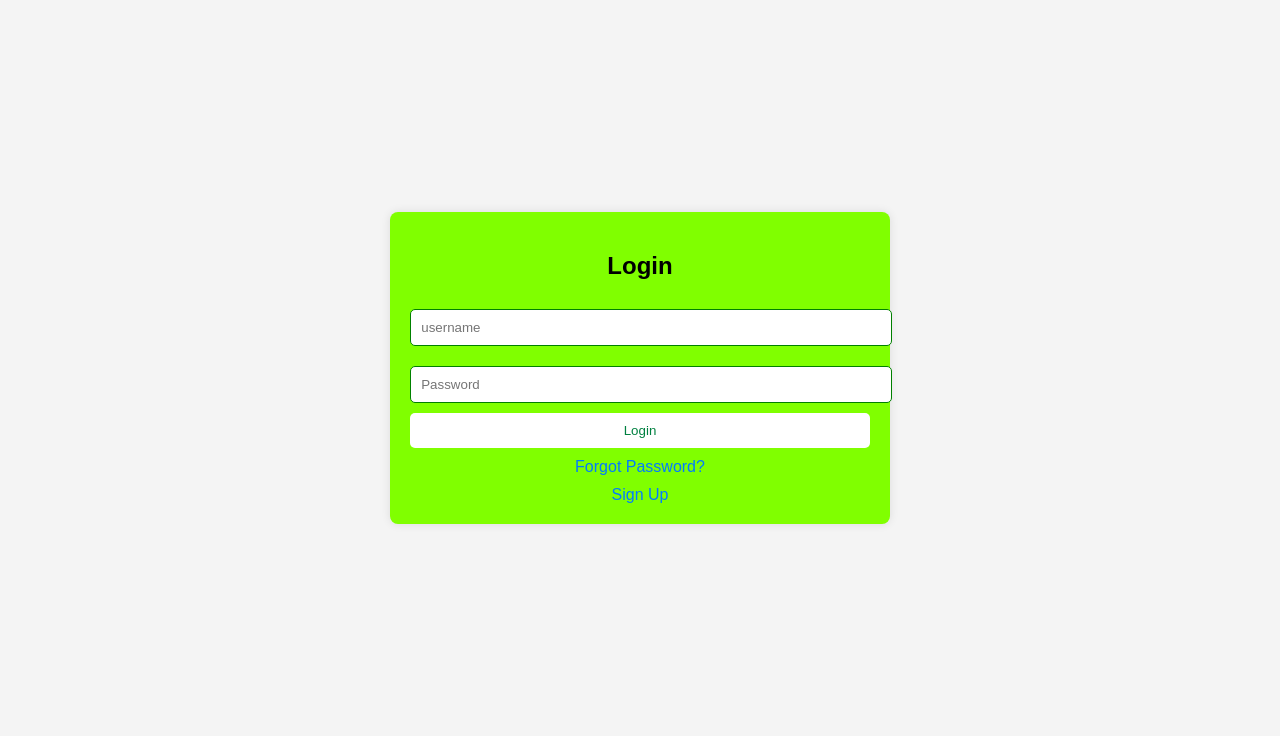
Repository: rahulmadasuongole/Demo
Page: firstwedapp/build/classes/webapp/loginfrom.html
These files come from the project's save history. The page is drawn as it stood at one moment and after the next save; the edit follows.
The browser window is 1280 px wide. The pictures show the whole page.

Above is the page before, as saved 2025-03-05 13:03:35.

### firstwedapp/build/classes/webapp/loginfrom.html
<!DOCTYPE html>
<html lang="en">
<head>
    <meta charset="UTF-8">
    <meta name="viewport" content="width=device-width, initial-scale=1.0">
    <title>Login Page</title>
    <style>
        body {
            font-family: Arial, sans-serif;
            display: flex;
            justify-content: center;
            align-items: center;
            height: 100vh;
            background-color: #f4f4f4;
        }
        .login-container {
            background: rgb(128, 255, 0);
            padding: 20px;
            border-radius: 8px;
            box-shadow: 0px 0px 10px 0px rgba(0, 0, 0, 0.1);
            text-align: center;
        }
        .login-container input {
            width: 100%;
            padding: 10px;
            margin: 10px 0;
            border: 1px solid rgb(0, 128, 0);
            border-radius: 5px;
        }
        .login-container button {
            width: 100%;
            padding: 10px;
            background: rgb(255, 255, 255);
            color: rgb(0, 128, 64);
            border: none;
            border-radius: 5px;
            cursor: pointer;
        }
        .login-container a {
            display: block;
            margin-top: 10px;
            color: #007bff;
            text-decoration: none;
        }
    </style>
</head>
<body>

    <div class="login-container">
        <h2>Login</h2>
        <form action="loginfrom" method="get">
               <input type="text" placeholder="username" required>
            <input type="password" placeholder="Password" required>
            <button type="submit">Login</button>
        </form>
        <a href="#">Forgot Password?</a>
        <a href="#">Sign Up</a>
    </div>

</body>
</html>

After the next save:
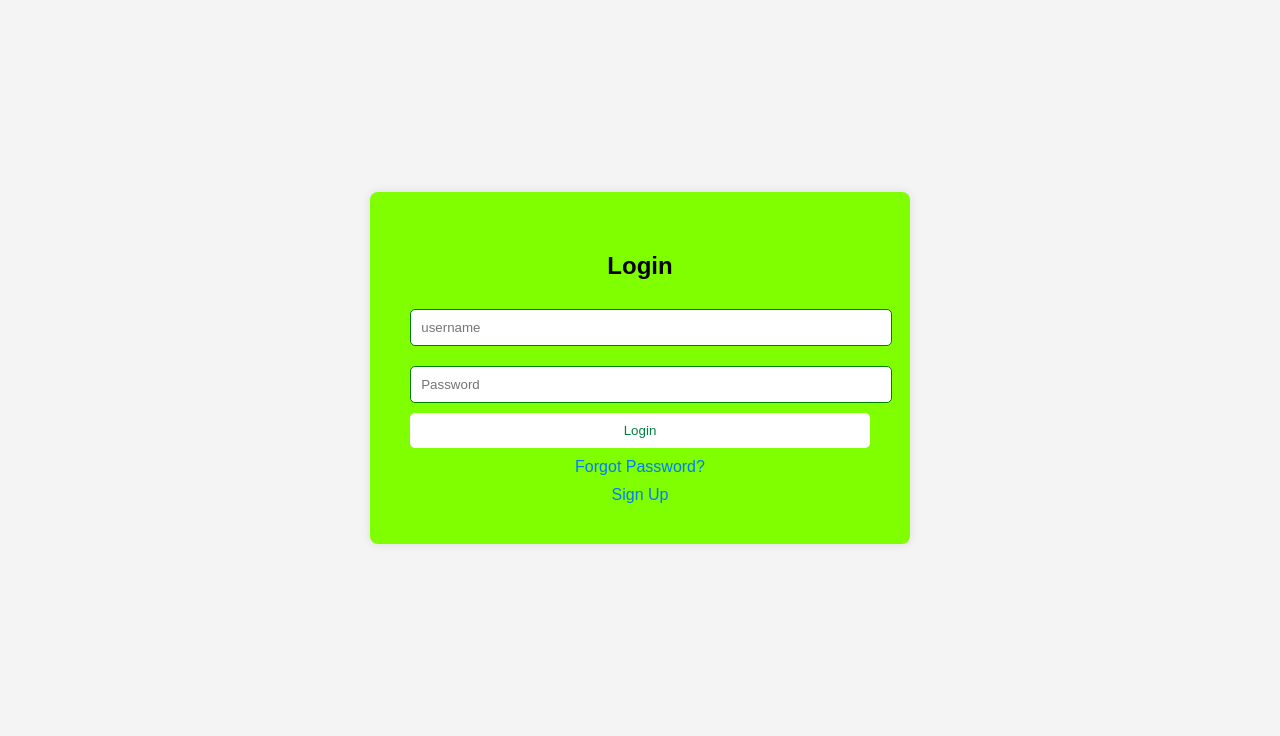
Saved 36 s later.
--- a/firstwedapp/build/classes/webapp/loginfrom.html
+++ b/firstwedapp/build/classes/webapp/loginfrom.html
@@ -15,7 +15,7 @@
         }
         .login-container {
             background: rgb(128, 255, 0);
-            padding: 20px;
+            padding: 40px;
             border-radius: 8px;
             box-shadow: 0px 0px 10px 0px rgba(0, 0, 0, 0.1);
             text-align: center;
